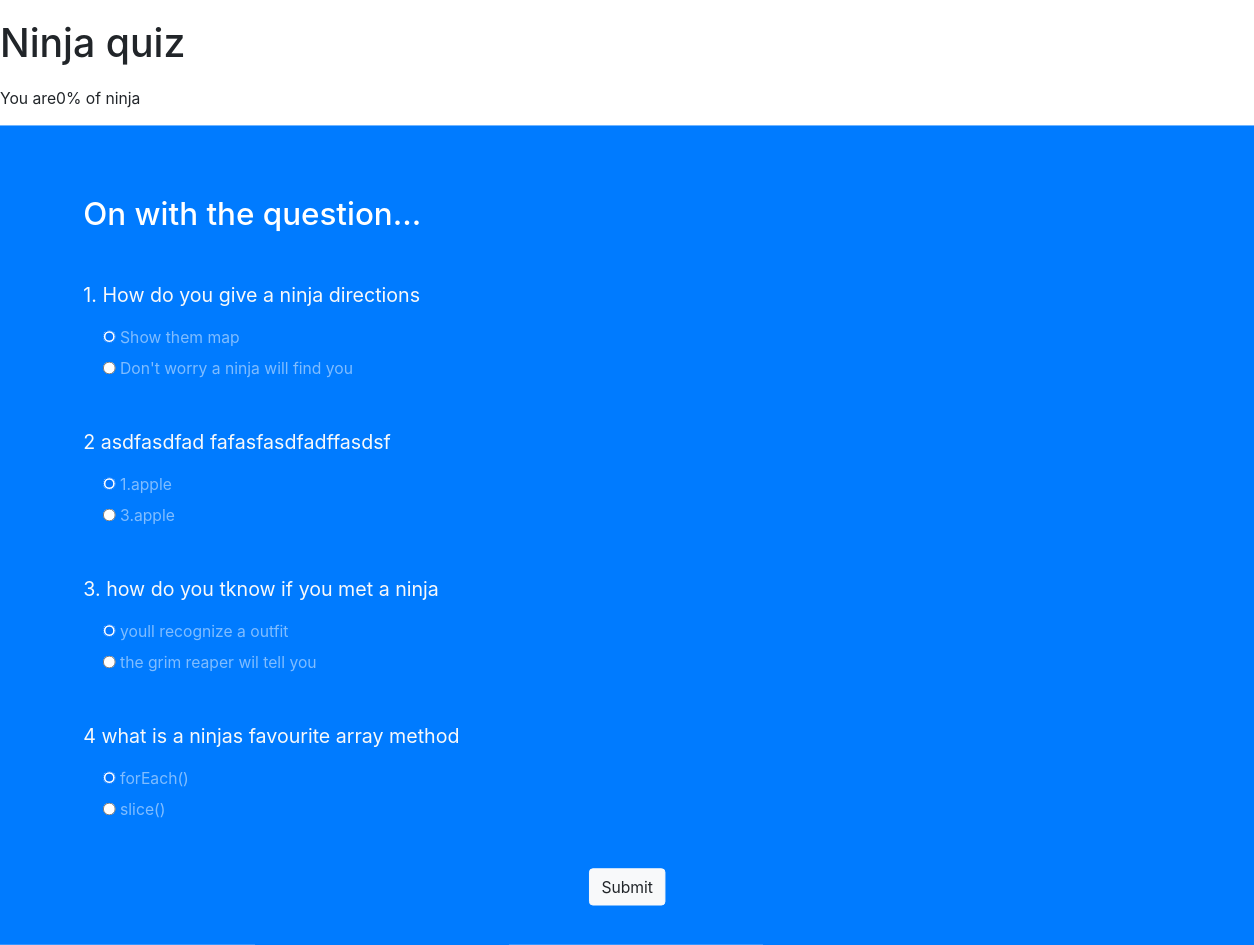
Repository: ajgors/config
Page: Nauka Js/Projekty/Quiz/index.html
The author's editor kept a copy of each file at every save. The page is drawn from the files as they stood at one save, then again after a run of saves.
The browser window is 1280 px wide. The pictures show the whole page, at 98% of full size.

Above is the page before, as saved 2019-08-11 18:11:57.

After the next 2 saves:
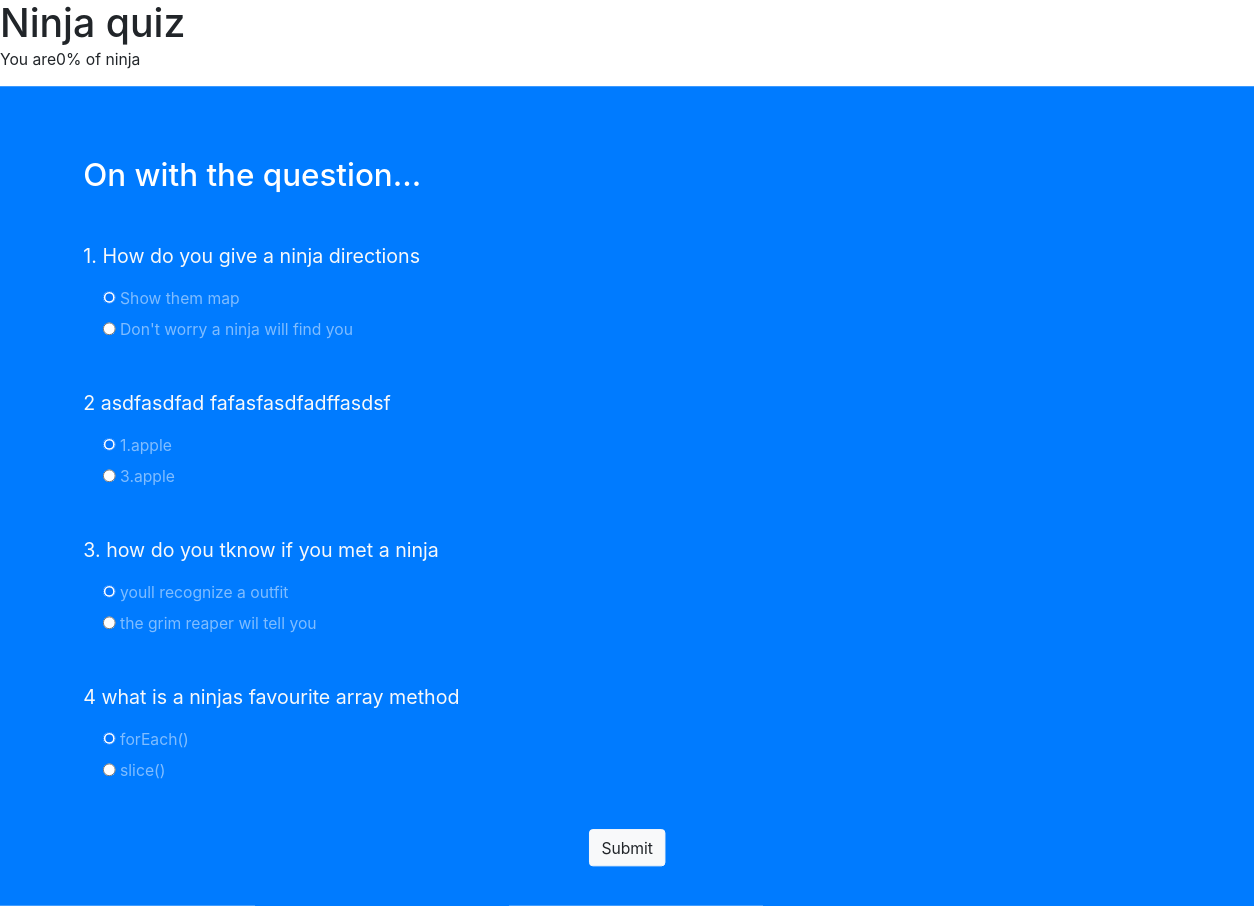
The 2 saves are shown as one change because they came seconds apart.
The last was saved 25 s later.
--- a/Nauka Js/Projekty/Quiz/css.css
+++ b/Nauka Js/Projekty/Quiz/css.css
@@ -1,3 +1,3 @@
 .header__title{
-    margin: 20px auto;
+    margin: auto auto;
 }
